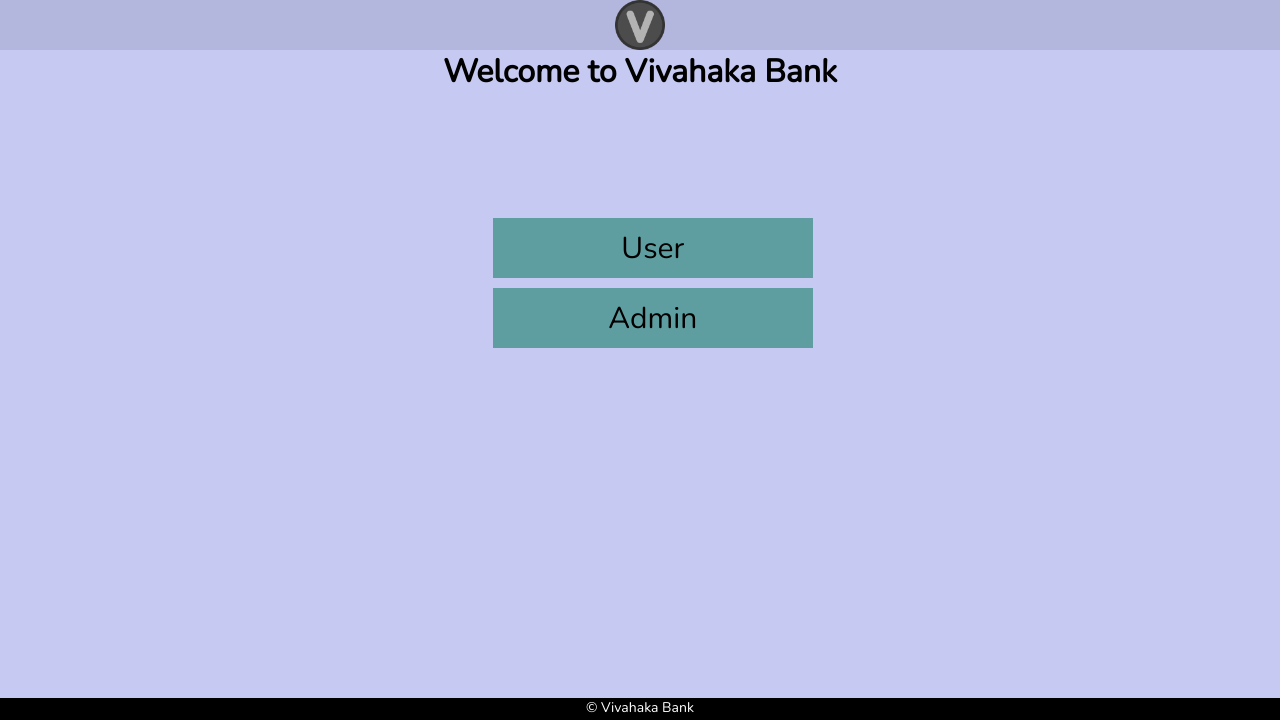
Repository: VISH9415/PLP-OBS
Page: http://localhost/PLPGroup7/
The author's editor kept a copy of each file at every save. The page is drawn from the files as they stood at one save, then again after the next save.
The browser window is 1280 px wide. The pictures show the whole page.
Some web fonts or font styles are not loaded; a fallback is used. The page is served by Tomcat 9. Nobody is signed in. The application's start-up code is not run. Other server files are loaded and not shown.

Above is the page before, as saved 2017-11-14 07:43:44.

### OBS-PLP-Documents/Project-folder-structure for CM/Development/source/PLPGroup7/WebContent/index.jsp
<%@ page language="java" contentType="text/html; charset=ISO-8859-1"
    pageEncoding="ISO-8859-1"%>
       <%@ taglib uri="http://java.sun.com/jsp/jstl/core" prefix="c"%>
<!DOCTYPE html>
<html>
    <head>
    <meta http-equiv="Content-Type" content="text/html; charset=ISO-8859-1">
    	<link rel="stylesheet" type="text/css" href="styles/forms.css">
        <link rel="stylesheet" type="text/css" href="styles/style.css">
        <link rel="stylesheet" type="text/css" href="styles/newWindow.css">
        <link href="https://fonts.googleapis.com/css?family=Josefin+Sans|Nunito|Spectral+SC|Ubuntu" rel="stylesheet">
        <script src="scripts/index.js"></script>
        <script type="text/javascript" src="scripts/test.js"></script>
    </head>
    <body>
        <div id="container">
            <div id="header">
                <div id="imageLogo">
                    <a href="index.jsp">
                    <img src="images/logo.png" alt="logo" id="logo"></a>
                </div>
            </div>
            <div id="body">
                <div  id="mainBody">
                    <h1 align="center">Welcome to Vivahaka Bank</h1>
                    <div id="wrapper">
                        <input type="checkbox" id="form-switch">
                        <input type="checkbox" id="p-form-switch">
                        <input type="checkbox" id="user-sel">
                        <input type="checkbox" id="admin-sel">
                        <div id="userTypes">
                            <label for="user-sel">
                                <div id="user-login">User</div>
                            </label>
                            <label for="admin-sel">
                                <div id="admin-login">Admin</div>
                            </label>
                        </div>
                        <div id="admin-login-form">
                            <h1>Log in</h1>
                            <form action="adminlogin.htm" method="post">
                                <p>
                                    <label for="admin-username">Username</label>
                                    <input id="admin-username" type="text" name="admin-username" placeholder="Enter your username" required/>
                                </p>
                                <p>
                                    <label for="admin-password" >Password</label>
                                    <input type="password" id="admin-password" name="admin-password" placeholder="Enter your password" required/>
                                </p>
                                <p class="button">
                                    <input type="submit" value="Login"/>
                                </p>
                            </form>
                        </div>
                        <div id="login-form">
                            <h1>Log in</h1>
                            <form action="userlogin.htm" method="post">
                                <p>
                                    <label for="username" >Username</label>
                                    <input id="username" type="text" name="username" placeholder="Enter your username" required/>
                                </p>
                                <p>
                                    <label for="password" >Password</label>
                                    <input type="password" id="password" name="password" placeholder="Enter your password" required/>
                                </p>
                                <p class="button">
                                    <input type="submit" value="Login"/>
                                </p>
                                <label for="p-form-switch">
                                    <span class="link-switch">
                                        Forgot password?
                                    </span>
                                </label>
                                <label for="form-switch">
                                    <span class="link-switch"> Not a member yet?
                                    Join Us
                                    </span>
                                </label>
                            </form>
                        </div>
                        <div id="register-form">
                             <h1>Sign up</h1>
                            <form action="signup.htm" method="post" onsubmit="return validateFields();">

                                <p>
                                    <label for="usernamesignup">Your username</label>
                                    <input id="usernamesignup" name="usernamesignup" type="text" placeholder="Enter preferred username" required/>
                                </p>
                                <p>
                                    <label for="passwordsignup">Your password </label>
                                    <input id="passwordsignup" name="passwordsignup" required type="password" placeholder="Enter your password"/>
                                </p>
                                <p>
                                    <label for="passwordsignup_confirm"> Please confirm your password </label>
                                    <input id="passwordsignup_confirm" name="passwordsignup_confirm" required type="password" placeholder="Re enter your password"/>
                                </p>
                                <p>
                                    <label for="transactionpassword">Please enter your transaction password </label>
                                    <input id="transactionpassword" name="transactionpassword" required type="password" placeholder="Transaction password must be different from log in password"/>
                                </p>

                                <p>
                                    <label>Please select a secret question</label>
                                    <select name="secretquestion" id="secretquestion">
                                        <option value="favourite color">What is your favourite color?</option>
                                        <option value="mothername">What is maiden name of your mother?</option>
                                        <option value="cityofschool">Your first school was in which city?</option>
                                        <option value="spousemeetingplace">Where did you meet your spouse?</option>
                                    </select>
                                </p>
                                <p>
                                    <label for="secretanswer">Your answer to secret question</label>
                                    <input type="text" id="secretanswer" name="secretanswer" required placeholder="Enter your answer">
                                </p>
                                <p class="button">
                                    <input type="submit" value="Sign up"/>
                                </p>
                                <label for="form-switch">
                                    <span class="link-switch"> Already a member?
                                     Go and log in</span>
                                </label>
                            </form>

                         <!-- ${message} -->

                        </div>
                        <div id="forgetpassword-form">
                            <h1>Forget Password?</h1>
                            <form action="forgetPass.htm" method="post">

                             <!--if(request.getAttribute("Error")!=null){
                                 <script>alert("hi")</script>
                                                 } -->

                            	 <p>
                                    <label for="usernameForget">Please enter username</label>
                                    <input id="usernameForget" name="usernameForget" type="text" placeholder="Enter your username" required/>
                                </p>
                                <p>
                                    <label>Please select your secret question</label>
                                    <select name="secretquestion" id="secretquestion">
                                        <option value="favourite color">What is your favourite color?</option>
                                        <option value="mothername">What is maiden name of your mother?</option>
                                        <option value="cityofschool">Your first school was in which city?</option>
                                        <option value="spousemeetingplace">Where did you meet your spouse?</option>
                                    </select>
                                </p>
                                <p>
                                    <lable for="forget-passwordq">Enter your answer</lable>
                                    <input type="text" id="forget-passwordq" name="forget-passwordq" required placeholder="Enter your secret answer"/>
                                </p>
                                 <p class="button">
                                    <input type="submit" value="Change Password"/>
                                </p>
                                <label for="p-form-switch">
                                    <span class="link-switch">Go back and log in </span>
                                </label>
                            </form>
                        </div>
                    </div>
                </div>
            </div>
            <div id="footer">
                &copy; Vivahaka Bank
            </div>
        </div>
    </body>
</html>

### OBS-PLP-Documents/Project-folder-structure for CM/Development/source/PLPGroup7/WebContent/styles/forms.css
input[type=text],input[type=password],input[type=email],input[type=number] {
    padding: 10px;
    width: 355px;
    border: 1px solid #ccc;
}

input[type=submit] {
    width: 300px;
    height: 40px;
    margin-left: 40px;
    background-color: #7FFFD4;
}
input[type=submit]:hover {
    background-color: #DCDCE2;
    cursor: pointer;
}

select {
    padding: 10px;
    width: 380px;
    border 1px solid #ccc;
}

### OBS-PLP-Documents/Project-folder-structure for CM/Development/source/PLPGroup7/WebContent/styles/style.css
* {
    margin: 0;
    padding: 0;
    font-family: 'Josefin Sans', sans-serif;
    font-family: 'Ubuntu', sans-serif;
    font-family: 'Spectral SC', serif;
    font-family: 'Nunito', sans-serif;
}
form {
    margin: 0;
    width: 300px;
}

label {
    cursor: pointer;
}

#admin-login, #user-login {
    background-color: #5F9EA0;
    width: 300px;
    height: 40px;
    margin: 10px;
    padding: 10px;
    text-align: center;
    font-size: 30px;
    color: black;
}

#admin-login:hover, #user-login:hover {
    background-color: #A6A9C4;
    border: 1px solid #A6B5BA;
}

#form-switch {
    display: none;
}

#p-form-switch {
    display: none;
}

#user-sel {
    display: none;
}
#user-sel:checked~#login-form {
    display: block;
}
#user-sel:checked~#userTypes {
    display: none;
}

#admin-sel {
    display: none;
}
#admin-sel:checked~#admin-login-form {
    display: block;
}
#admin-sel:checked~#userTypes {
    display: none;
}

#admin-login-form {
    display: none;
}
#login-form {
    display: none;
}
#register-form {
    display: none;
}

#forgetpassword-form {
    display: none;
}

#form-switch:checked~#register-form {
    display:block;
}
#form-switch:checked~#login-form {
    display:none;
}

#p-form-switch:checked~#forgetpassword-form {
    display: block;
}
#p-form-switch:checked~#login-form {
    display:none;
}

#container {
    width: 100%;
    height: 100%;
    position: fixed;
    top: 0;
    left: 0;
}

#header {
    position: absolute;
    height: 7%;
    width: 100%;
    background-color: #B3B7DD;
    margin: auto;
}

#imageLogo {
    position: absolute;
    width: 100px;
    height: 100%;
    left: 50%;
    margin-left: -25px;
}

#body {
    position: absolute;
    height: 90%;
    width: 100%;
    top: 7%;
    background-color: #C6CAF2;
    overflow-y: scroll;
}

#wrapper {
    position: absolute;
    width: 600px;
    height: 60%;
    left: 51%;
    margin-left: -300px;
}


#footer {
    position: absolute;
    height: 3%;
    width: 100%;
    background-color: black;
    top: 97%;
    color: white;
    text-align: center;
    font-size: 14px;
}

#logo {
    position: absolute;
    height: 100%;
}

#userTypes {
    position: absolute;
    left: 50%;
    top: 50%;
    margin-left: -170px;
    margin-top: -80px;
}

#admin-login-form {
    position: absolute;
    top: 20%;
    left: 16%;
    width: 400px;

}

#admin-login-form h1 {
    text-align: center;
    padding: 10px;
    margin: 10px;
}

#admin-login-form p {
    padding: 10px;
}

#login-form {
    position: absolute;
    width: 400px;
    left: 16%;
    top: 27%;
}

#login-form h1 {
    text-align: center;
    margin: 10px;
    padding: 10px;
}

#login-form p {
    padding: 10px;
}

.link-switch {
    display: block;
    color: blue;
}

#forgetpassword-form {
    position: absolute;
    width: 400px;
    left: 16%;
    top: 20%;
}
#forgetpassword-form h1 {
    text-align: center;
}

#forgetpassword-form p {
    padding: 10px;
}

#forgetpassword-form select {
    padding: 10px;
    width: 380px;
    border 1px solid #ccc;
}

#forgetpassword-form input[type=text]{
    width: 358px;
}

#register-form {
    position: absolute;
    width: 400px;
    left: 17%;
}

#register-form p {
    padding: 10px;
}

#register-form h1 {
    text-align: center;
}

#register-form select {
    padding: 10px;
    width: 380px;
    border 1px solid #ccc;
}

#register-form input[type=text]{
    width: 358px;
}

.link-switch {
    display: block;
    color: blue;
}

### OBS-PLP-Documents/Project-folder-structure for CM/Development/source/PLPGroup7/WebContent/styles/newWindow.css
#bodyContainer {
    position: absolute;
    width: 400px;
    height: 200px;
    top: 35%;
    left: 35%;
    text-align: center;
    font-size: 30px;
}

p {
    margin: 30px;
}

#tableContainer {
    position: absolute;
    overflow: auto;
    left: 12%;
    height: 800px;
}

Loaded but not shown: OBS-PLP-Documents/Project-folder-structure for CM/Development/source/PLPGroup7/WebContent/scripts/index.js (61 lines, source omitted); OBS-PLP-Documents/Project-folder-structure for CM/Development/source/PLPGroup7/WebContent/scripts/test.js (9 lines, source omitted); OBS-PLP-Documents/Project-folder-structure for CM/Development/source/PLPGroup7/WebContent/styles/home.css (468 lines, source omitted)

After the next save:
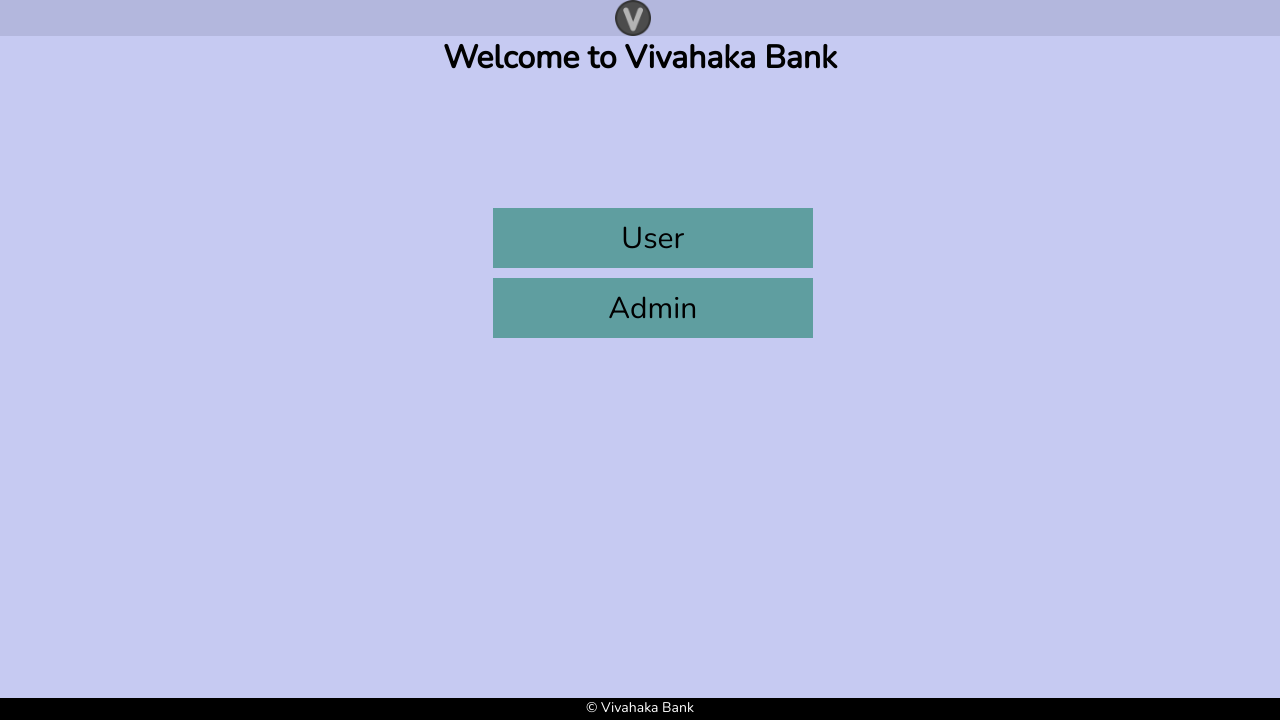
Saved 92 s later.
--- a/OBS-PLP-Documents/Project-folder-structure for CM/Development/source/PLPGroup7/WebContent/index.jsp
+++ b/OBS-PLP-Documents/Project-folder-structure for CM/Development/source/PLPGroup7/WebContent/index.jsp
@@ -8,6 +8,8 @@
     	<link rel="stylesheet" type="text/css" href="styles/forms.css">
         <link rel="stylesheet" type="text/css" href="styles/style.css">
         <link rel="stylesheet" type="text/css" href="styles/newWindow.css">
+        <link rel="stylesheet" type="text/css" href="styles/home.css">
+
         <link href="https://fonts.googleapis.com/css?family=Josefin+Sans|Nunito|Spectral+SC|Ubuntu" rel="stylesheet">
         <script src="scripts/index.js"></script>
         <script type="text/javascript" src="scripts/test.js"></script>

After the save that followed:
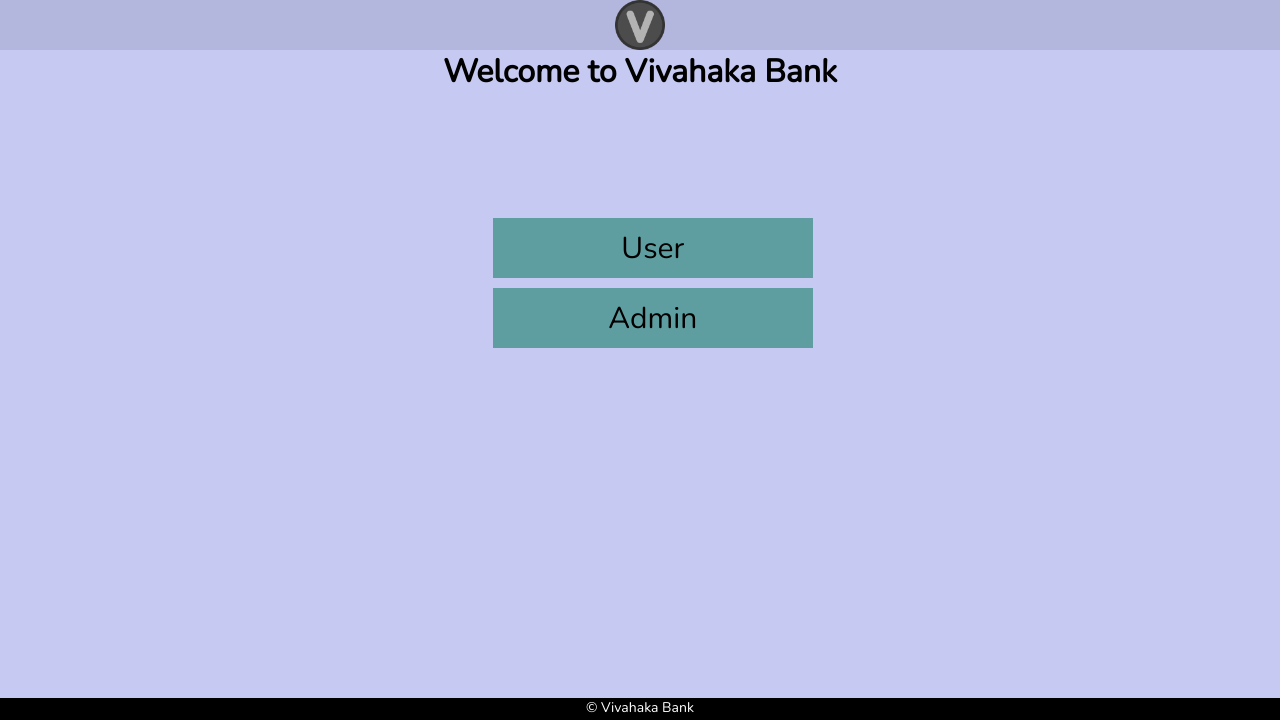
Saved 7 s later.
--- a/OBS-PLP-Documents/Project-folder-structure for CM/Development/source/PLPGroup7/WebContent/index.jsp
+++ b/OBS-PLP-Documents/Project-folder-structure for CM/Development/source/PLPGroup7/WebContent/index.jsp
@@ -8,7 +8,6 @@
     	<link rel="stylesheet" type="text/css" href="styles/forms.css">
         <link rel="stylesheet" type="text/css" href="styles/style.css">
         <link rel="stylesheet" type="text/css" href="styles/newWindow.css">
-        <link rel="stylesheet" type="text/css" href="styles/home.css">
 
         <link href="https://fonts.googleapis.com/css?family=Josefin+Sans|Nunito|Spectral+SC|Ubuntu" rel="stylesheet">
         <script src="scripts/index.js"></script>
